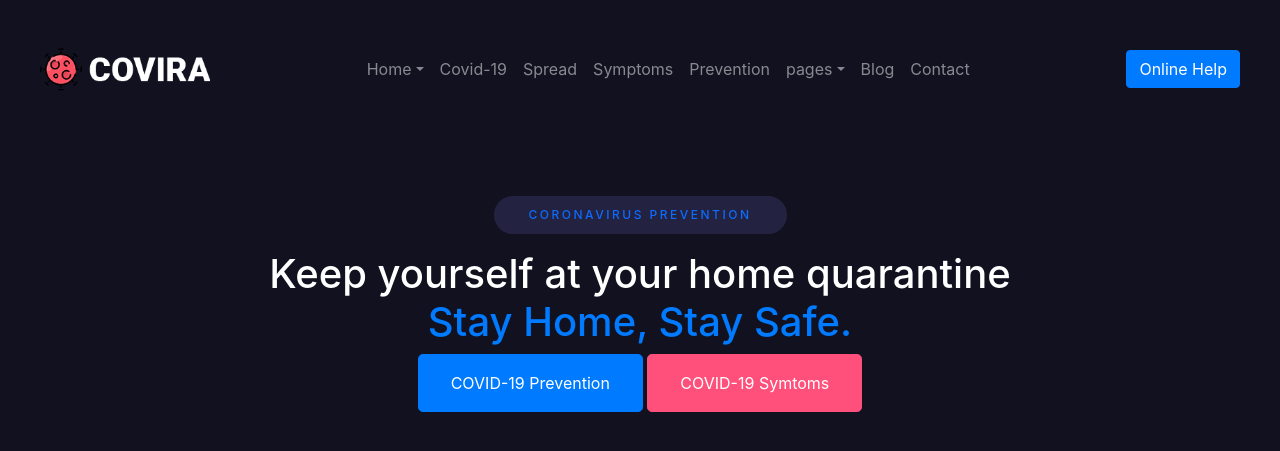
Repository: sitikhusushan/corona_updates
Page: index.html
These files come from the project's save history. The page is drawn as it stood at one moment and after the next save; the edit follows.
The browser window is 1280 px wide. The pictures show the whole page.

Above is the page before, as saved 2020-06-05 06:22:53.

### index.html
<!DOCTYPE html>
<html lang="en">
  <head>
    <meta charset="UTF-8" />
    <meta name="viewport" content="width=device-width, initial-scale=1.0" />
    <link rel="stylesheet" href="css/bootstrap.css" />
    <link rel="stylesheet" href="style.css" />
    <title>Covid-19</title>
  </head>
  <body>
    <header>
      <nav class="navbar navbar-expand-lg navbar-dark fix">
        <div class="container">
          <a class="logo" href="">
            <img src="image/logo-white.png" alt="coronavirus_logo"
          /></a>
          <!-- <div class="row">
          <div class="col-md-2 col-sm-2">
            <img src="image/logo-white.png" alt="coronavirus_logo" />
          </div>
          <div class="col-md-1 col-sm">
            <div class="dropdown">
              <button
                type="button"
                class="btn btn-danger dropdown-toggle"
                data-toggle="dropdown"
              >
                Home
              </button>
              <div class="dropdown-menu">
                <a class="dropdown-item" href="#">akjf</a>
                <a class="dropdown-item" href="#">alkdf</a>
                <a class="dropdown-item" href="#">akfjl</a>
                <a class="dropdown-item" href="#">ahdfjk</a>
                <a class="dropdown-item" href="#">ajlkdf</a>
                <a class="dropdown-item" href="#">kjahdf</a>
              </div>
            </div>
          </div>
          <div class="col-md-1 col-sm">
            COVID-19
          </div>
          <div class="col-md-1 col-sm">
            Spread
          </div>
          <div class="col-md-1 col-sm">
            Symptoms
          </div>
          <div class="col-md-1 col-sm">
            Prevention
          </div>
          <div class="col-md-1 col-sm">
            <div class="dropdown">
              <button
                type="button"
                class="btn btn-danger dropdown-toggle"
                data-toggle="dropdown"
              >
                Pages
              </button>
              <div class="dropdown-menu">
                <a class="dropdown-item" href="#"></a>
                <a class="dropdown-item" href="#"></a>
                <a class="dropdown-item" href="#"></a>
                <a class="dropdown-item" href="#"></a>
              </div>
            </div>
          </div>
          <div class="col-md-1 col-sm">Blog</div>
          <div class="col-md-1 col-sm">Contact</div>
          <div class="col-md-2 col-sm-2">
            <button class="btn btn-primary" type="button">Online Help</button>
          </div>
        </div> -->
          <div class="collapse navbar-collapse">
            <ul class="navbar-nav mx-auto">
              <li class="nav-item dropdown">
                <a
                  class="nav-link dropdown-toggle"
                  href="#"
                  data-toggle="dropdown"
                  aria-expanded="false"
                  >Home</a
                >
                <div class="dropdown-menu">
                  <a class="dropdown-item" href="#">Home one</a>
                  <a class="dropdown-item" href="#">Home one dark</a>
                  <a class="dropdown-item" href="#">Home two</a>
                  <a class="dropdown-item" href="#">Home two dark</a>
                  <a class="dropdown-item" href="#">Home three</a>
                  <a class="dropdown-item" href="#">Home three dark</a>
                </div>
              </li>
              <li class="nav-item">
                <a class="nav-link" href="#">Covid-19</a>
              </li>
              <li class="nav-item">
                <a class="nav-link" href="#">Spread</a>
              </li>
              <li class="nav-item">
                <a class="nav-link" href="#">Symptoms</a>
              </li>
              <li class="nav-item">
                <a class="nav-link" href="#">Prevention</a>
              </li>
              <li class="nav-item dropdown">
                <a
                  class="nav-link dropdown-toggle"
                  href="#"
                  data-toggle="dropdown"
                  aria-expanded="false"
                  >pages</a
                >
                <div class="dropdown-menu">
                  <a class="dropdown-item" href="#">Blog</a>
                  <a class="dropdown-item" href="#">Article</a>
                  <a class="dropdown-item" href="#">Contact</a>
                  <a class="dropdown-item" href="#">Outbrek news</a>
                </div>
              </li>
              <li class="nav-item">
                <a class="nav-link" href="#">Blog</a>
              </li>
              <li class="nav-item">
                <a class="nav-link" href="#">Contact</a>
              </li>
            </ul>
          </div>
          <a class="onlinehelp" href="">
            <i class="fas fa-headset"></i>
            <button class="btn btn-primary" type="button">Online Help</button>
          </a>
        </div>
      </nav>
    </header>
    <div class="banner">
      <div class="container">
        <div class="prevention">
          <p class="pre">CORONAVIRUS PREVENTION</p>
          <h1>
            Keep yourself at your home quarantine <br />
            <span class="text-primary"> Stay Home, Stay Safe.</span>
          </h1>
          <div class="button">
            <!-- <div class="col-md-6">
              <button class="btn btn-primary" type="button">
                COVID-19 Prevention
              </button>
            </div>
            <div class="col-md">
              <button class="btn btn-danger" type="button">
                COVID-19 Symtoms
              </button> -->
              <a href="" class="btn btn-lg btn-primary">COVID-19 Prevention</a>
              <a href="" class="btn btn-lg btn-pink">COVID-19 Symtoms</a>
            </div>
          </div>
        </div>
      </div>
    </div>
  </body>
</html>
<script src="https://code.jquery.com/jquery-3.5.1.js"></script>
<script src="js/bootstrap.js"></script>

### style.css
body {
  background-color: #111120;
  color: #939fb2;
}

.container {
  max-width: 1200px;
}

.fix .container {
  position: fixed;
  top: 0;
  right: 0;
  left: 0;
  /* z-index: 1030; */
  background-color: #111120;
  padding: 40px 0px;
}

nav .container .logo img {
  max-width: 170px;
}

.banner {
  height: 100%;
  text-align: center;
  padding-top: 180px;
}

h1 {
  color: white;
}

.btn-pink {
  color: white;
  background-color: #ff4f7b;
  border-color: #ff4f7b;
}

.btn-lg {
  padding: 1rem 2rem;
  font-size: 1rem;
}

.pre {
  font-size: 0.75rem;
  font-weight: 500;
  line-height: 1;
  letter-spacing: 2.5px;
  display: inline-block;
  border-radius: 800px;
  border: #232341 solid;
  background-color: #232341;
  color: #0d6bff;
  padding: 10px 32px;
  margin-bottom: 16px;
}

@font-face {
  font-family: "Barlow";
  src: url("font/Barlow-Black.woff2") format("woff2"),
    url("font/Barlow-Black.woff") format("woff"),
    url("font/Barlow-Black.svg#Barlow-Black") format("svg");
  font-weight: 900;
  font-style: normal;
}

@font-face {
  font-family: "Barlow";
  src: url("font/Barlow-Light.woff2") format("woff2"),
    url("font/Barlow-Light.woff") format("woff"),
    url("font/Barlow-Light.svg#Barlow-Light") format("svg");
  font-weight: 300;
  font-style: normal;
}

@font-face {
  font-family: "Barlow";
  src: url("font/Barlow-Medium.woff2") format("woff2"),
    url("font/Barlow-Medium.woff") format("woff"),
    url("font/Barlow-Medium.svg#Barlow-Medium") format("svg");
  font-weight: 500;
  font-style: normal;
}

@font-face {
  font-family: "Barlow";
  src: url("font/Barlow-ExtraBold.woff2") format("woff2"),
    url("font/Barlow-ExtraBold.woff") format("woff"),
    url("font/Barlow-ExtraBold.svg#Barlow-ExtraBold") format("svg");
  font-weight: 800;
  font-style: normal;
}

@font-face {
  font-family: "Barlow";
  src: url("font/Barlow-SemiBold.woff2") format("woff2"),
    url("font/Barlow-SemiBold.woff") format("woff"),
    url("font/Barlow-SemiBold.svg#Barlow-SemiBold") format("svg");
  font-weight: 600;
  font-style: normal;
}

@font-face {
  font-family: "Barlow";
  src: url("font/Barlow-Regular.woff2") format("woff2"),
    url("font/Barlow-Regular.woff") format("woff"),
    url("font/Barlow-Regular.svg#Barlow-Regular") format("svg");
  font-weight: normal;
  font-style: normal;
}

@font-face {
  font-family: "Barlow";
  src: url("font/Barlow-Thin.woff2") format("woff2"),
    url("font/Barlow-Thin.woff") format("woff"),
    url("font/Barlow-Thin.svg#Barlow-Thin") format("svg");
  font-weight: 100;
  font-style: normal;
}

@font-face {
  font-family: "Barlow";
  src: url("font/Barlow-Bold.woff2") format("woff2"),
    url("font/Barlow-Bold.woff") format("woff"),
    url("font/Barlow-Bold.svg#Barlow-Bold") format("svg");
  font-weight: bold;
  font-style: normal;
}

@font-face {
  font-family: "Barlow";
  src: url("font/Barlow-ExtraLight.woff2") format("woff2"),
    url("font/Barlow-ExtraLight.woff") format("woff"),
    url("font/Barlow-ExtraLight.svg#Barlow-ExtraLight") format("svg");
  font-weight: 200;
  font-style: normal;
}

Loaded but not shown: css/bootstrap.css (library); js/bootstrap.js (library)

After the next save:
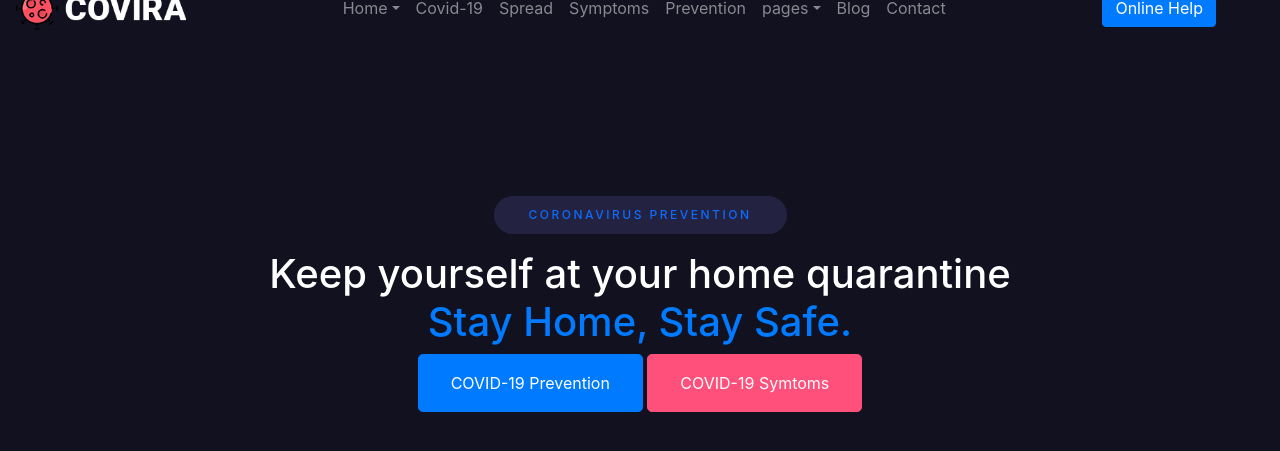
Saved 85 s later.
--- a/style.css
+++ b/style.css
@@ -9,9 +9,9 @@
 
 .fix .container {
   position: fixed;
-  top: 0;
+  /* top: 0;
   right: 0;
-  left: 0;
+  left: 0; */
   /* z-index: 1030; */
   background-color: #111120;
   padding: 40px 0px;

After the save that followed:
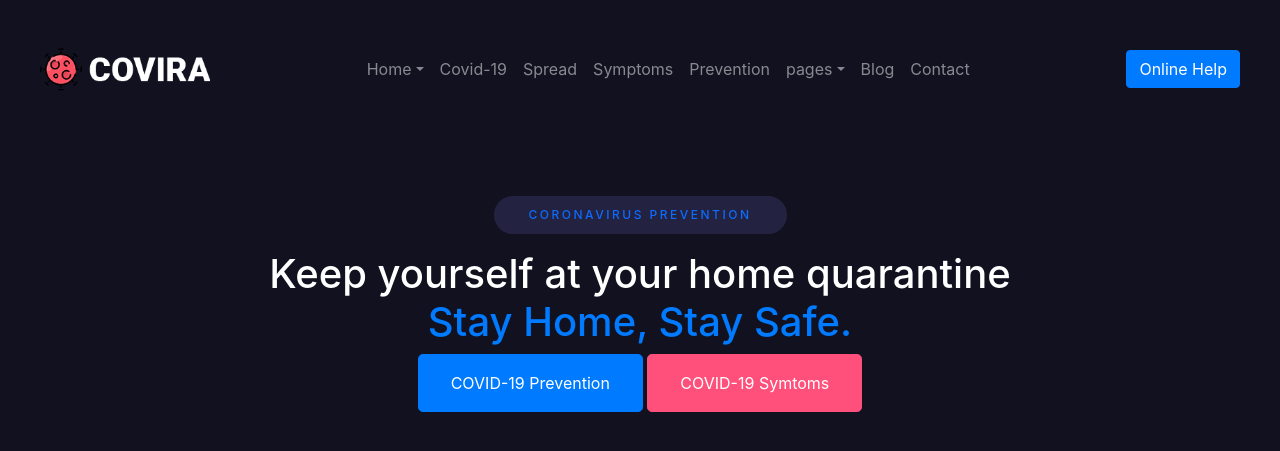
Saved 46 s later.
--- a/style.css
+++ b/style.css
@@ -9,9 +9,9 @@
 
 .fix .container {
   position: fixed;
-  /* top: 0;
+  top: 0;
   right: 0;
-  left: 0; */
+  left: 0;
   /* z-index: 1030; */
   background-color: #111120;
   padding: 40px 0px;
